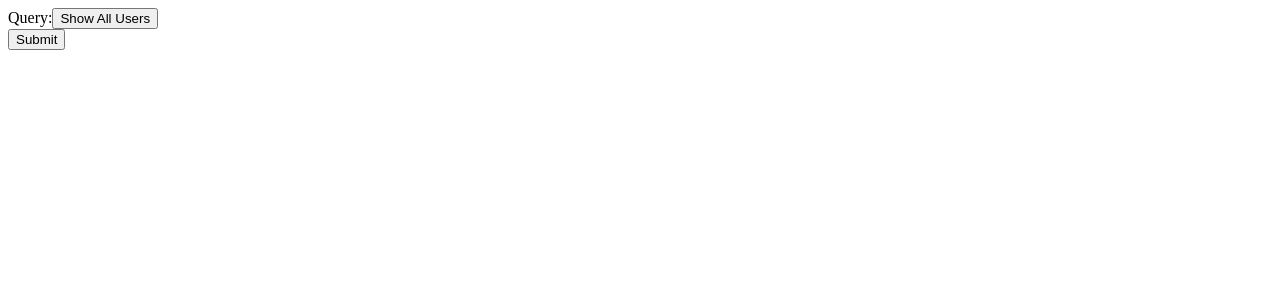
Repository: jnnbaran/DBManager
Page: http://localhost/DBServlet/
An editor plug-in stored every save of this project. The page is shown before and after the next save, followed by the edit.
The browser window is 1280 px wide. The pictures show the whole page.
The page is served by Tomcat 9.

Above is the page before, as saved 2019-11-18 16:10:39.

After the next save:
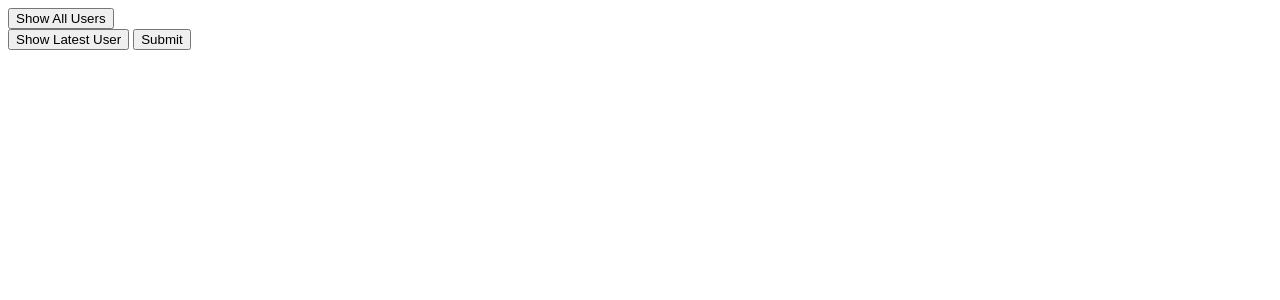
Saved 55 s later.
--- a/DBServlet/WebContent/query.jsp
+++ b/DBServlet/WebContent/query.jsp
@@ -9,8 +9,9 @@
 <body>
  <form name="queryForm" action="UsersServlet" method="post">
 
-        Query:<button name="query" cols="50" rows="10" form="queryForm" value = "select * from users"> Show All Users </button>
+        <button name="query" cols="50" rows="10" form="queryForm" value = "select * from users"> Show All Users </button>
        <br/>
+        <button name="query" cols="50" rows="10" form="queryForm" value = "select * from users where MAX(id)"> Show Latest User </button>
         <input type="submit" value="Submit"/>
 
     </form>
